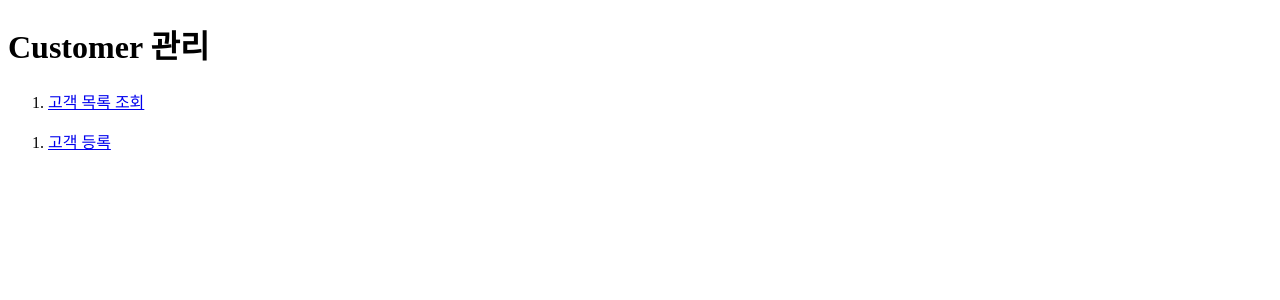
Repository: hyungryuk-zz/JAVA_CLASS
Page: http://localhost/JavaEEPrj/
An editor plug-in stored every save of this project. The page is shown before and after the next save, followed by the edit.
The browser window is 1280 px wide. The pictures show the whole page.
The page is served by Tomcat 9.

Above is the page before, as saved 2017-07-24 06:16:35.

After the next save:
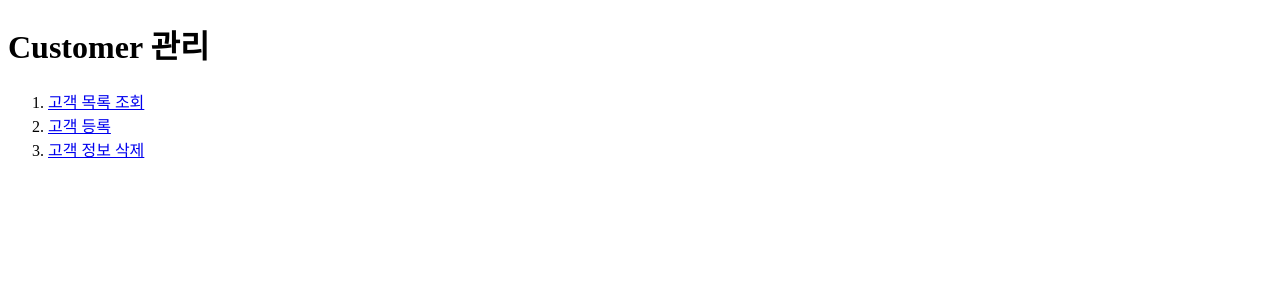
Saved 9 min 1 s later.
--- a/JavaEEPrj/WebContent/index.jsp
+++ b/JavaEEPrj/WebContent/index.jsp
@@ -10,10 +10,10 @@
 	<h1> Customer 관리 </h1>
 	<ol>
 		<li><a href="broker?cmd=allCustomer">고객 목록 조회</a></li>
+		<li><a href="broker?cmd=registform">고객 등록</a></li>
+		<li><a href="broker?cmd=delCustomer">고객 정보 삭제</a></li>
 	</ol>
-	<ol>
-		<li><a href="broker?cmd=registform">고객 등록</a></li>
-	</ol>
+
 
 </body>
 </html>
